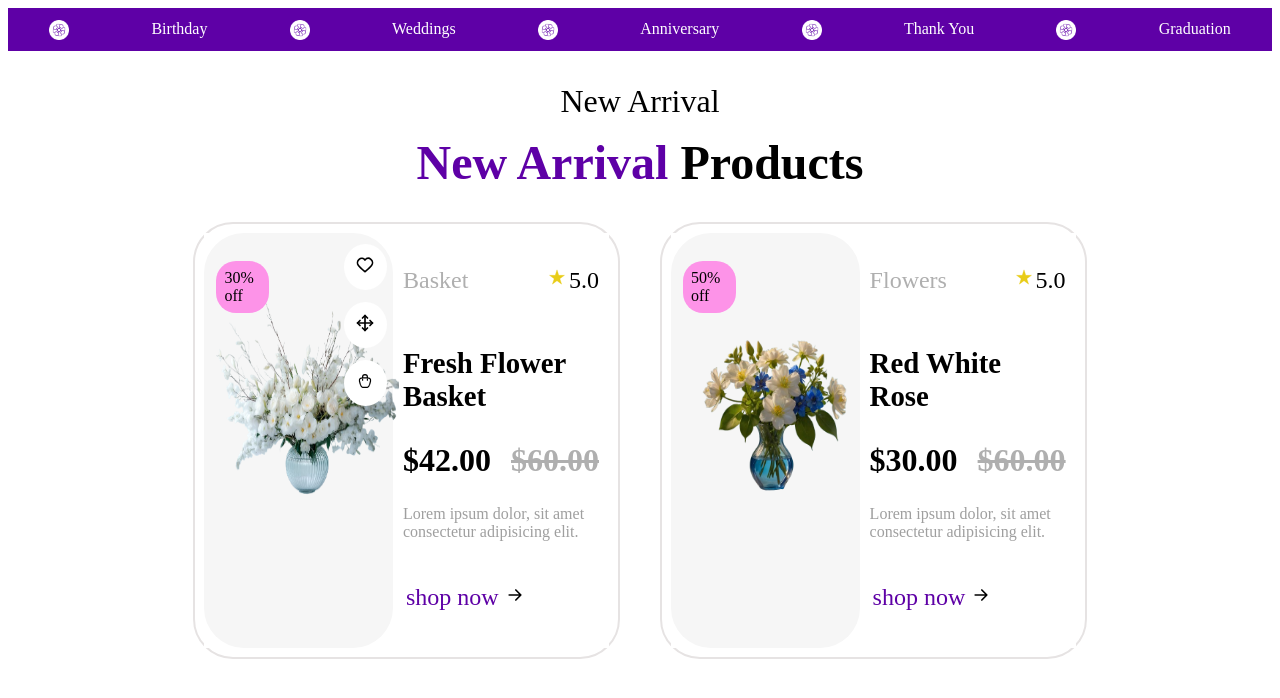
Repository: KolawoleTemilade/classroom-learning
Page: newarrival/index.html
An editor plug-in stored every save of this project. The page is shown before and after a run of saves, followed by the edit.
The browser window is 1280 px wide. The pictures show the whole page.

Above is the page before, as saved 2025-10-02 09:11:03.

After the next 2 saves:
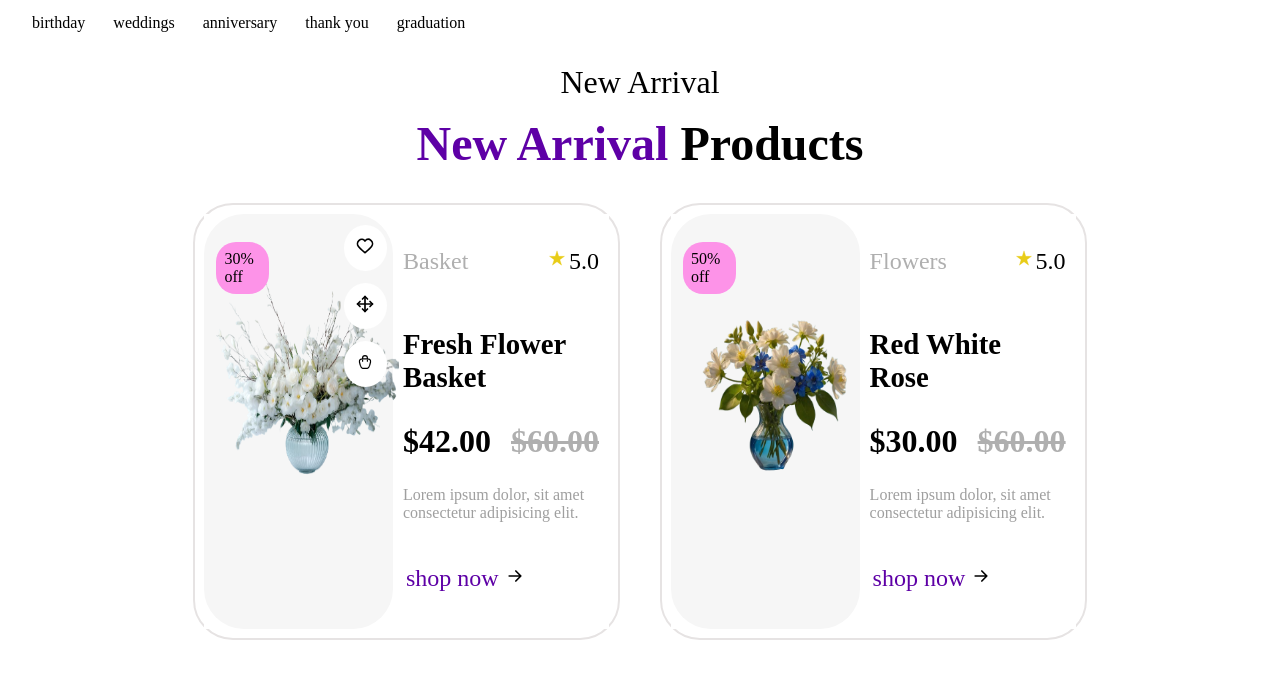
The 2 saves are shown as one change because they came seconds apart.
The last was saved 11 s later.
--- a/newarrival/style.css
+++ b/newarrival/style.css
@@ -4,22 +4,6 @@
   align-items: center;
   justify-content: center;
 }
-.marq-sect {
-  background-color: #5e00a6;
-  height: 6vh;
-  width: 100%;
-  align-content: center;
-}
-.marque {
-  display: flex;
-  align-content: center;
-  justify-content: space-around;
-}
-.marque > span {
-  text-transform: capitalize;
-  color: white;
-}
-
 .title1 {
   font-size: 2rem;
   display: flex;

After the 2 saves that followed:
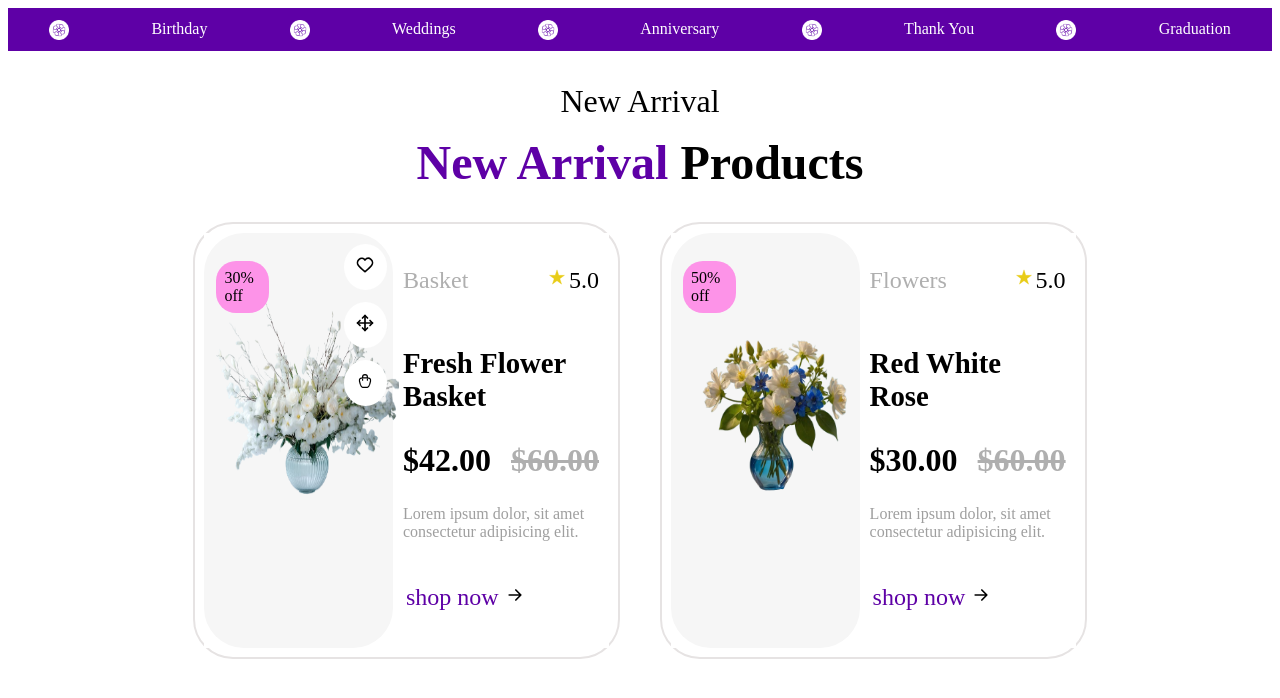
The 2 saves are shown as one change because they came seconds apart.
The last was saved 9 s later.
--- a/newarrival/style.css
+++ b/newarrival/style.css
@@ -1,3 +1,20 @@
+.marq-sect {
+  background-color: #5e00a6;
+  height: 6vh;
+  width: 100%;
+  align-content: center;
+}
+.marque {
+  display: flex;
+  align-content: center;
+  justify-content: space-around;
+}
+.marque > span {
+  text-transform: capitalize;
+  color: white;
+}
+
+
 .new-arrival-sect {
   display: flex;
   flex-direction: column;
